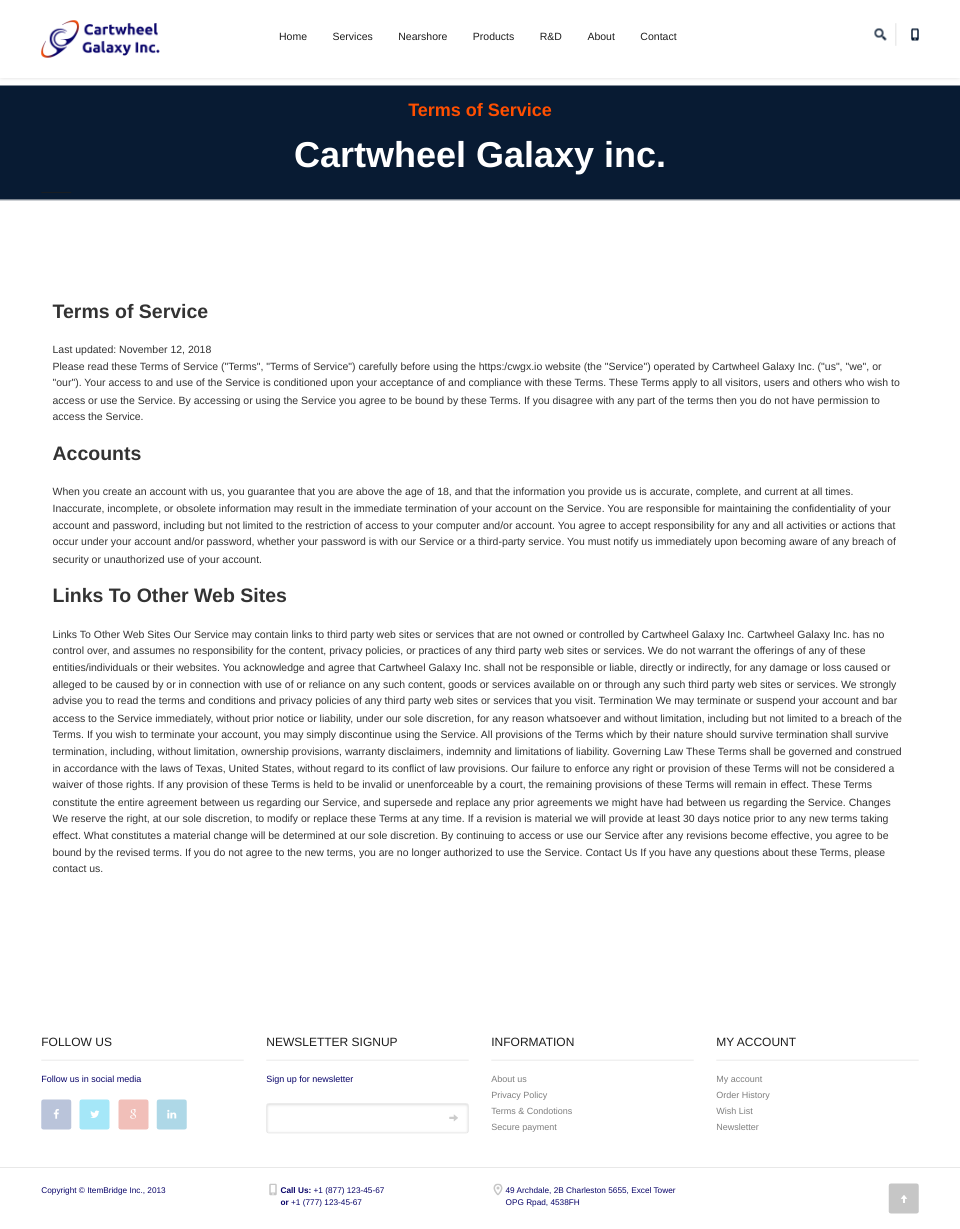
Repository: g-tecio/cwgx.io
Page: terms.html
The author's editor kept a record of every edit. The page is drawn from the files as they stood at one moment, then again after the next edit.
The browser window is 1280 px wide. The pictures show the whole page, at 75% of full size.

Above is the page before.

After the next edit:
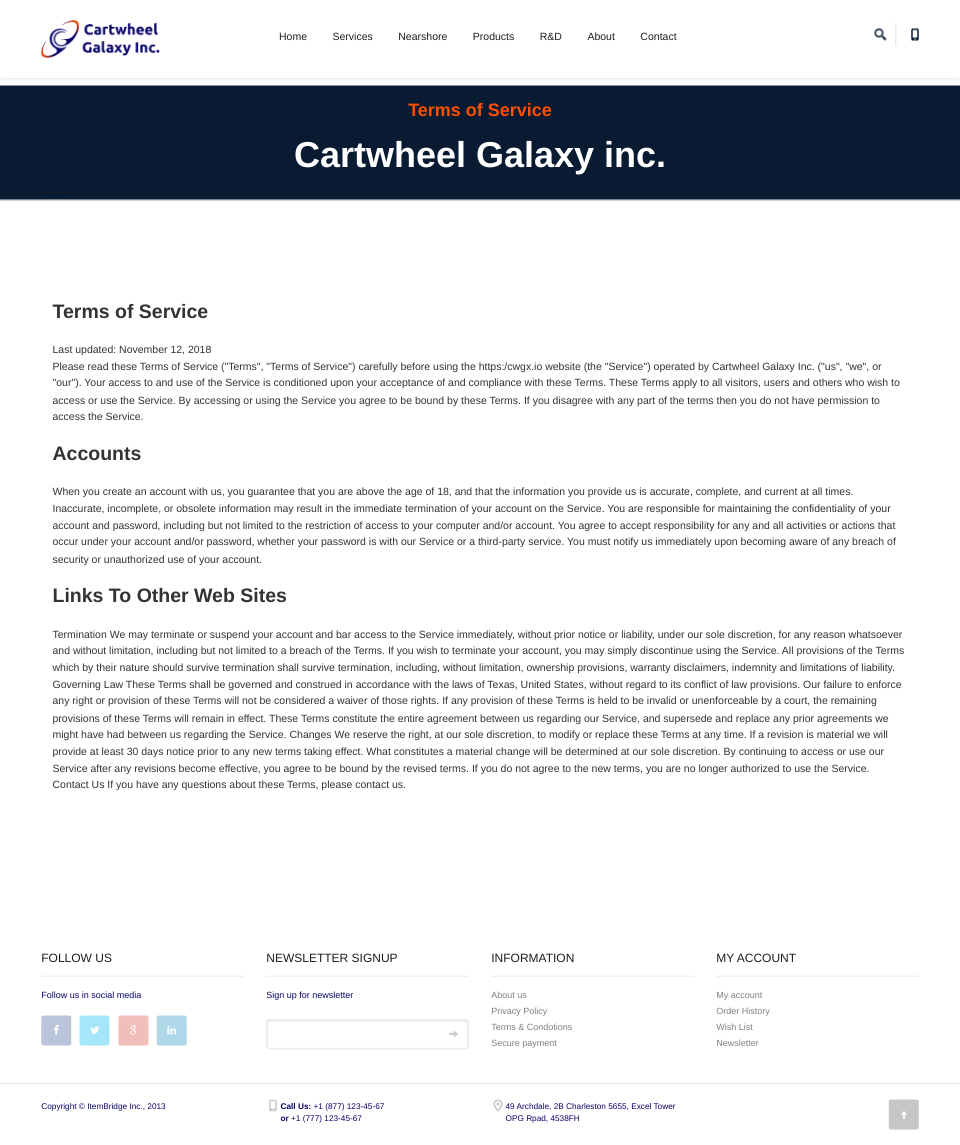
The edit:
--- a/terms.html
+++ b/terms.html
@@ -198,12 +198,6 @@
 <p>
 
 </p>
-
-Links To Other Web Sites
-Our Service may contain links to third party web sites or services that are not owned or controlled by Cartwheel Galaxy Inc.
-Cartwheel Galaxy Inc. has no control over, and assumes no responsibility for the content, privacy policies, or practices of any third party web sites or services. We do not warrant the offerings of any of these entities/individuals or their websites.
-You acknowledge and agree that Cartwheel Galaxy Inc. shall not be responsible or liable, directly or indirectly, for any damage or loss caused or alleged to be caused by or in connection with use of or reliance on any such content, goods or services available on or through any such third party web sites or services.
-We strongly advise you to read the terms and conditions and privacy policies of any third party web sites or services that you visit.
 Termination
 We may terminate or suspend your account and bar access to the Service immediately, without prior notice or liability, under our sole discretion, for any reason whatsoever and without limitation, including but not limited to a breach of the Terms.
 If you wish to terminate your account, you may simply discontinue using the Service.
